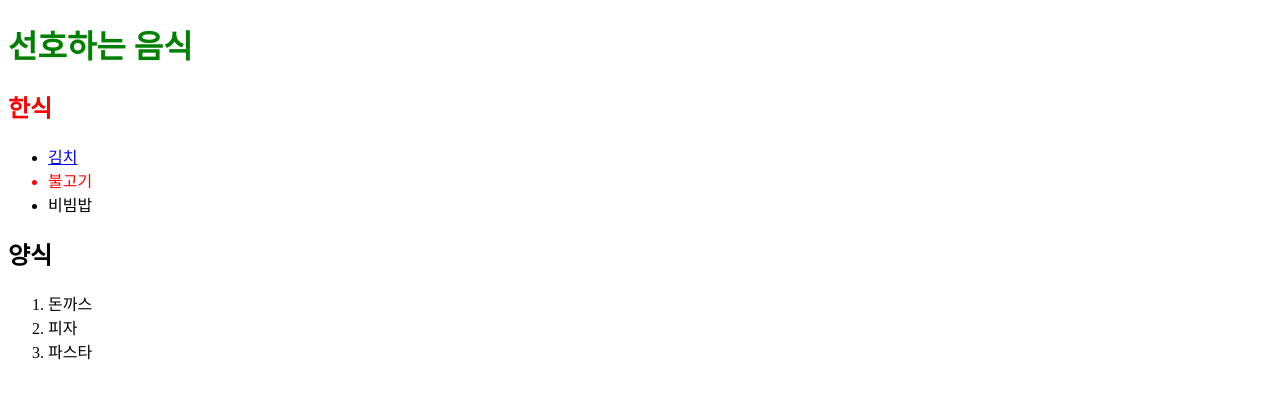
Repository: reddrinkbro/JSPStudy
Page: javascript/WebContent/4객체/dom_ob2.html
The author's editor kept a copy of each file at every save. The page is drawn from the files as they stood at one save, then again after the next save.
The browser window is 1280 px wide. The pictures show the whole page.

Above is the page before, as saved 2020-04-10 00:44:30.

### javascript/WebContent/4객체/dom_ob2.html
<!DOCTYPE html>
<html>
<head>
<meta charset="UTF-8">
<title>DOM객체</title>
</head>
<body>
	<h1>선호하는 음식</h1>

	<div id ="food_1">
		<h2 id= "title">한식</h2>
		<ul>
			<li><a href="#">김치</a></li>
			<li>불고기</li>
			<li>비빔밥</li>
		</ul>
	</div>
	<div id = "food_2">
		<h2>양식</h2>
		<ol id = "list">
			<li>돈까스</li>
			<li id="pizza">피자</li>
			<li>파스타</li>
		</ol>
	</div>
	<script type="text/javascript">
		//HTML요소중 (태그들중) <h1>요소만 선택함.
		//그리고 가장 처음<h1>요소만 선택한후, CSS로 글자 색상을 초록색으로 적용
		var h1 = document.getElementsByTagName("h1");
		h1[0].style.color = "green";

		//HTML요소들중.. id속성값이 title인 요소를 선택한 후,
		//CSS로 글자색상을 빨간색으로 적용
		document.getElementById("title").style.color = "red";

		//HTML요소들 중.. id 속성값이 food_1인 요소의 하위 요소 <li>요소만 선택
		//그중 두번째 <li>요소만 최종적으로 선택한 후, 배경 색상을 빨간색으로 적용함
		var food = document.getElementById("food_1").getElementsByTagName("li");
		food[1].style.color = "red";

	</script>
</body>
</html>

After the next save:
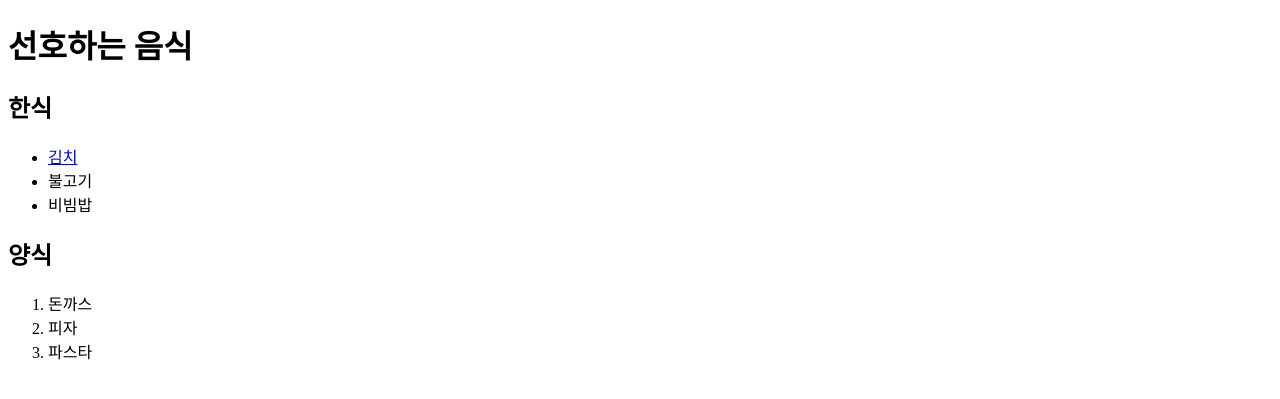
Console error: SyntaxError: Invalid left-hand side in assignment
Saved 29 s later.
--- a/javascript/WebContent/4객체/dom_ob2.html
+++ b/javascript/WebContent/4객체/dom_ob2.html
@@ -36,7 +36,7 @@
 		//HTML요소들 중.. id 속성값이 food_1인 요소의 하위 요소 <li>요소만 선택
 		//그중 두번째 <li>요소만 최종적으로 선택한 후, 배경 색상을 빨간색으로 적용함
 		var food = document.getElementById("food_1").getElementsByTagName("li");
-		food[1].style.color = "red";
+		food[1].style.background-color = "red";
 
 	</script>
 </body>

After the save that followed:
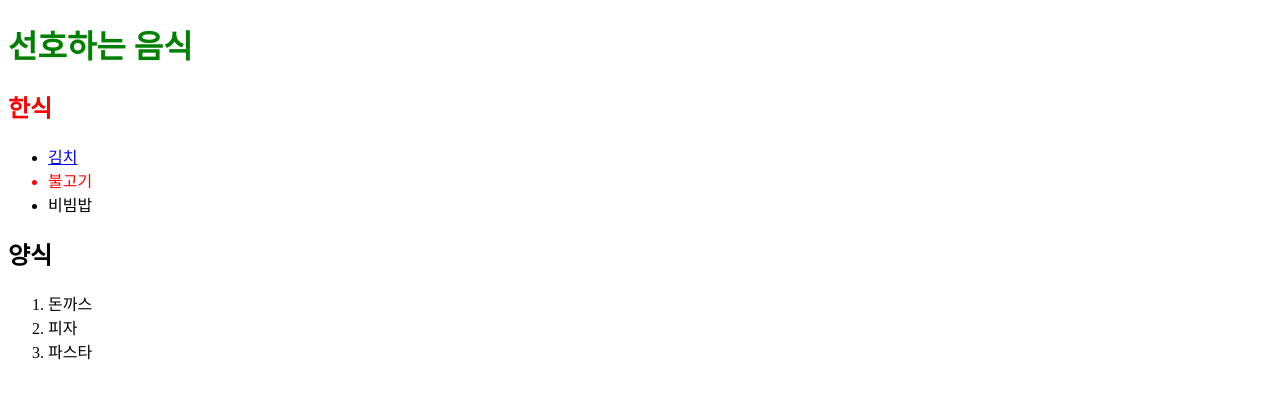
The error is gone.
Saved 5 s later.
--- a/javascript/WebContent/4객체/dom_ob2.html
+++ b/javascript/WebContent/4객체/dom_ob2.html
@@ -36,7 +36,7 @@
 		//HTML요소들 중.. id 속성값이 food_1인 요소의 하위 요소 <li>요소만 선택
 		//그중 두번째 <li>요소만 최종적으로 선택한 후, 배경 색상을 빨간색으로 적용함
 		var food = document.getElementById("food_1").getElementsByTagName("li");
-		food[1].style.background-color = "red";
+		food[1].style.color = "red";
 
 	</script>
 </body>
